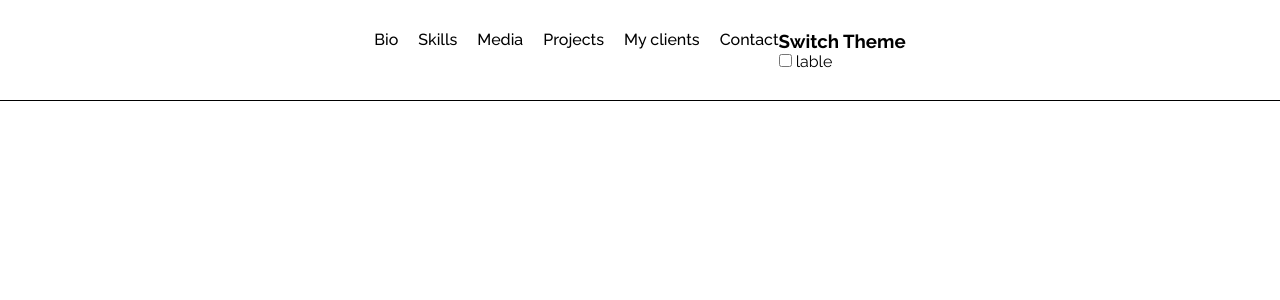
Repository: moataz305G/Personal-website
Page: index.html
The author's editor kept a copy of each file at every save. The page is drawn from the files as they stood at one save, then again after the next save.
The browser window is 1280 px wide. The pictures show the whole page.

Above is the page before, as saved 2025-12-10 10:13:44.

After the next save:
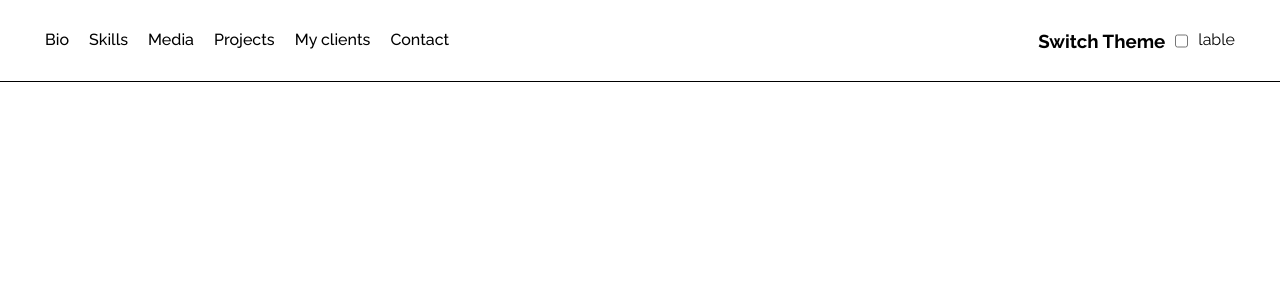
Saved 24 h 5 min later.
--- a/Style.css
+++ b/Style.css
@@ -115,3 +115,12 @@ header {
   text-decoration: underline;
   color: var(--color-text);
 }
+
+/* Toggle */
+.toggle {
+  display: flex;
+  gap: 1rem;
+  margin-left: auto;
+}
+
+/* End Toggle */
